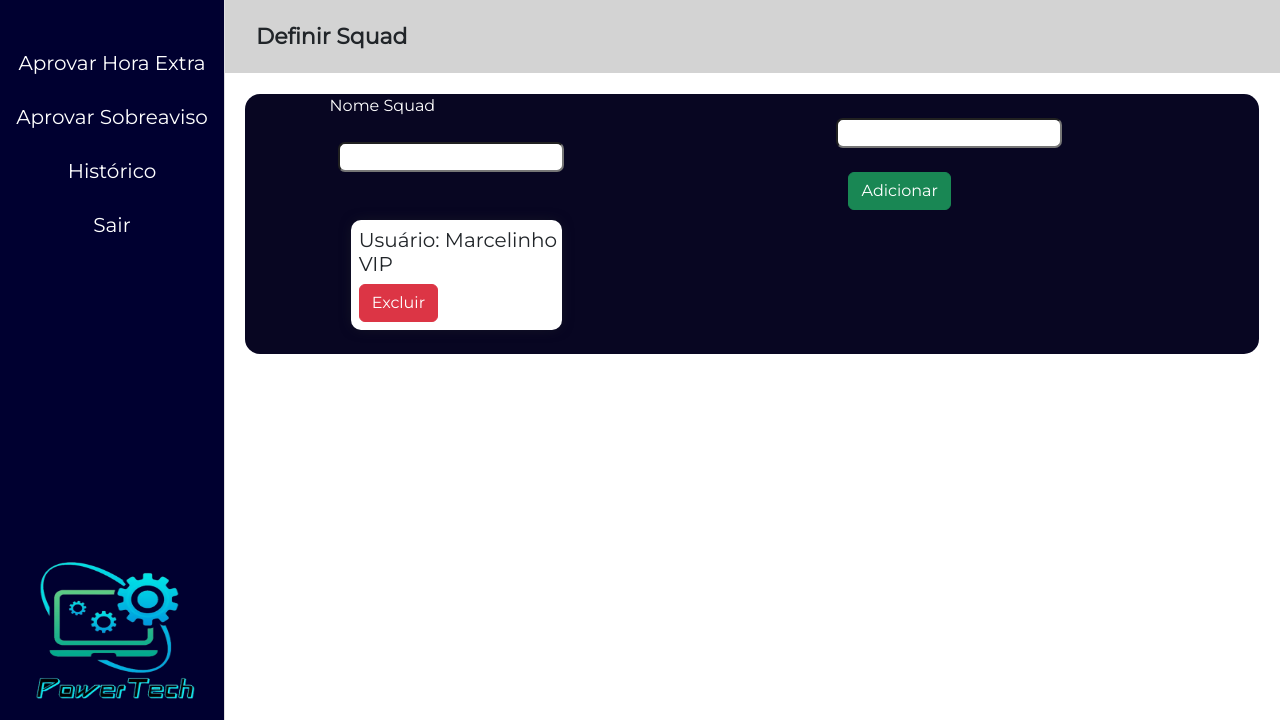
Repository: PowerTech-Fatec/API-2RP-NET
Page: /adm/squad (app in Sprint 3/2rp-web/)
The author's editor kept a copy of each file at every save. The page is drawn from the files as they stood at one save, then again after the next save.
The browser window is 1280 px wide. The pictures show the whole page.
The project was rebuilt for these pictures with package versions that can differ from the ones it lists, and the page was loaded fresh each time. Also part of the build but not shown: Sprint 3/2rp-web/src/pages/login/login.js, Sprint 3/2rp-web/src/pages/home/dashboard.js, Sprint 3/2rp-web/src/pages/home/sobreaviso/sobreaviso.css, Sprint 3/2rp-web/src/pages/home/sobreaviso/sobreaviso.js, Sprint 3/2rp-web/src/pages/home/hora-extra/hora-extra.css, Sprint 3/2rp-web/src/pages/home/hora-extra/hora-extra.js, Sprint 3/2rp-web/src/components/cards/Cards.js, Sprint 3/2rp-web/src/pages/home/gestor/aprovar-hora-extra/gestor.js and 3 more.

Above is the page before, as saved 2022-11-02 16:56:21.

After the next save:
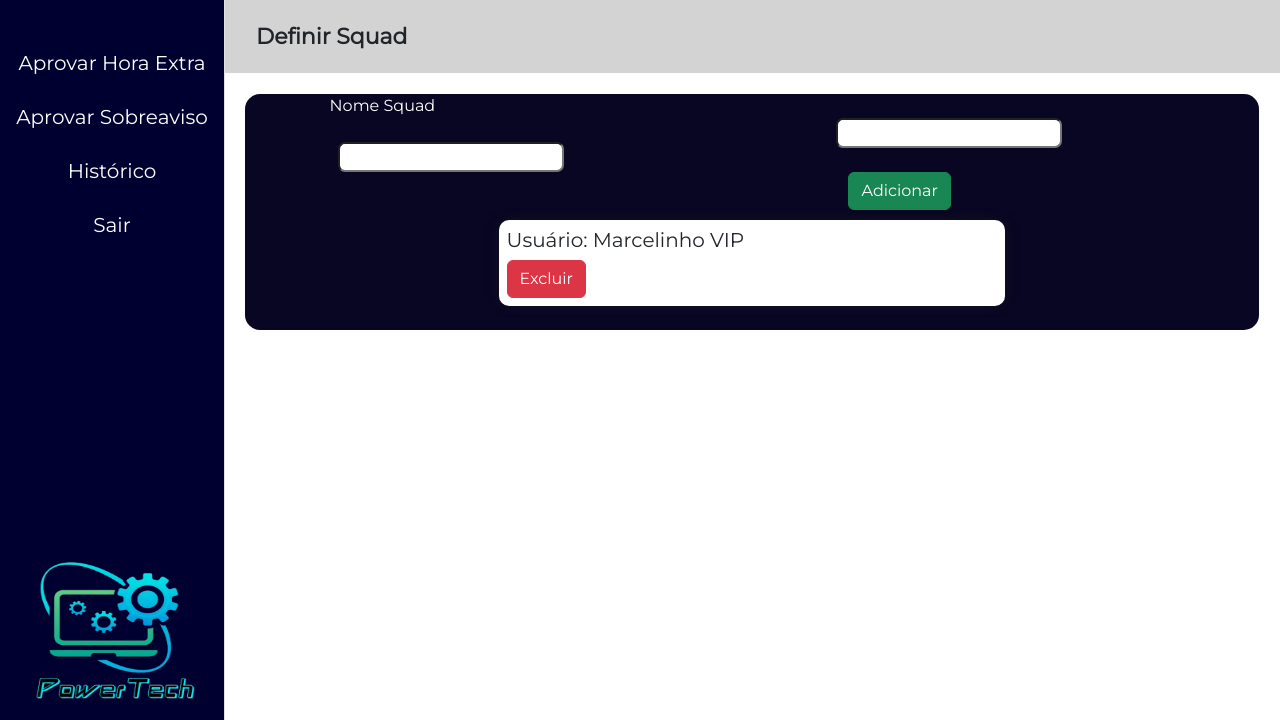
Saved 15 s later.
--- a/Sprint 3/2rp-web/src/pages/home/adm/squad/def-squad.js
+++ b/Sprint 3/2rp-web/src/pages/home/adm/squad/def-squad.js
@@ -35,7 +35,7 @@ function Squad() {
 
 
             {/* card info hora extra */}
-            <div className="col-5 d-flex flex-column aling-itens-center">
+            <div className="d-flex flex-column aling-itens-center">
             <Card
               Usuario = "Marcelinho VIP"
             />
